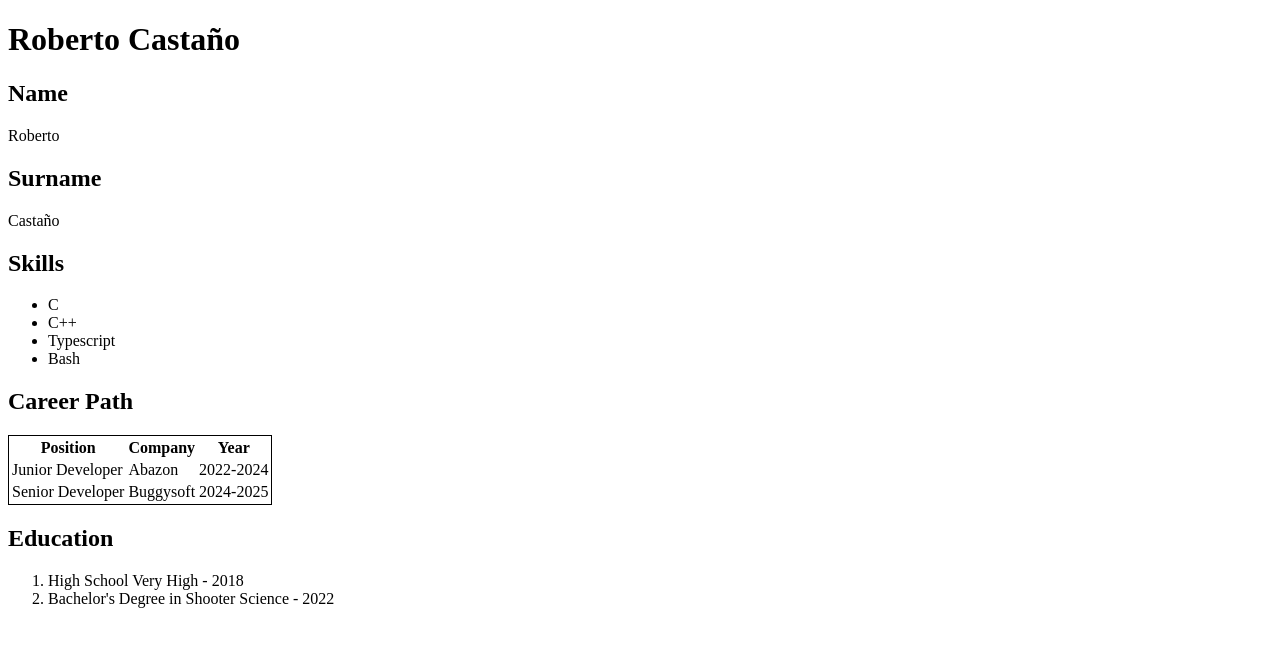
Repository: cronopi/django
Page: Training-Python-Django-0 1/ex01/cv.html
An editor plug-in stored every save of this project. The page is shown before and after the next save, followed by the edit.
The browser window is 1280 px wide. The pictures show the whole page.

Above is the page before, as saved 2026-03-10 12:36:11.

After the next save:
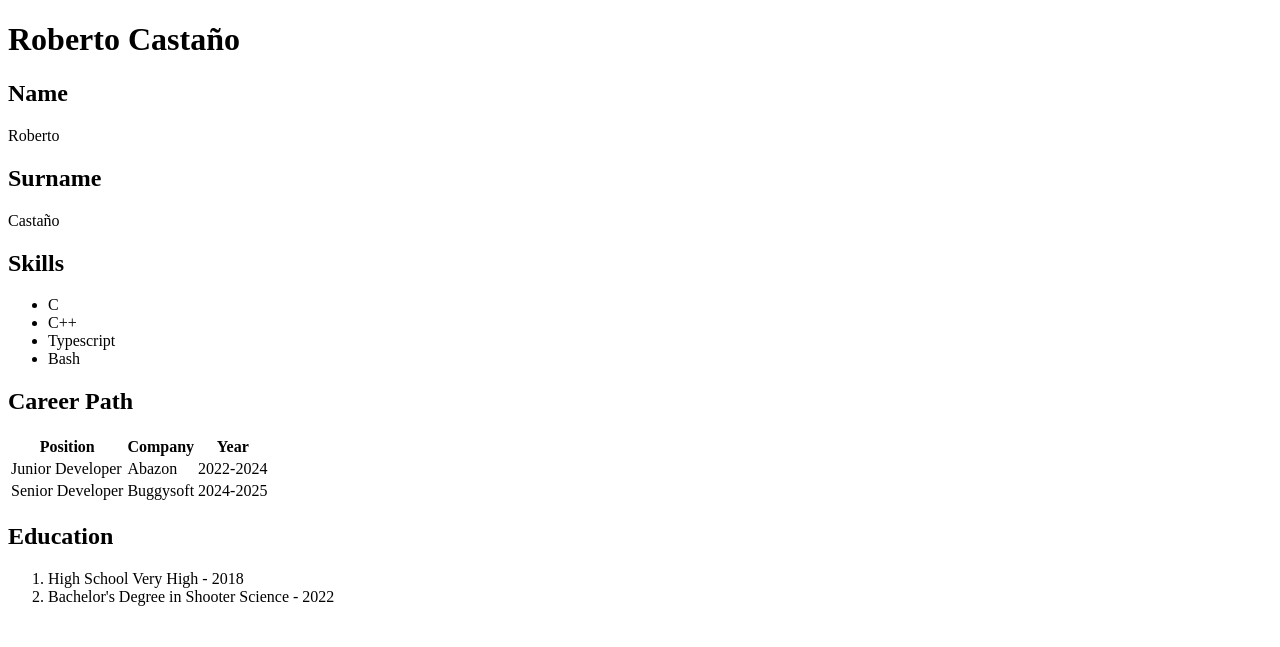
Saved 62 s later.
--- a/Training-Python-Django-0 1/ex01/cv.html
+++ b/Training-Python-Django-0 1/ex01/cv.html
@@ -3,12 +3,6 @@
 
 <head>
 	<title>Resume - Roberto Castaño</title>
-	<style>
-		table {
-			border: colapse: collapse;
-			border: 1px solid black;
-		}
-	</style>
 </head>
 
 <body>
